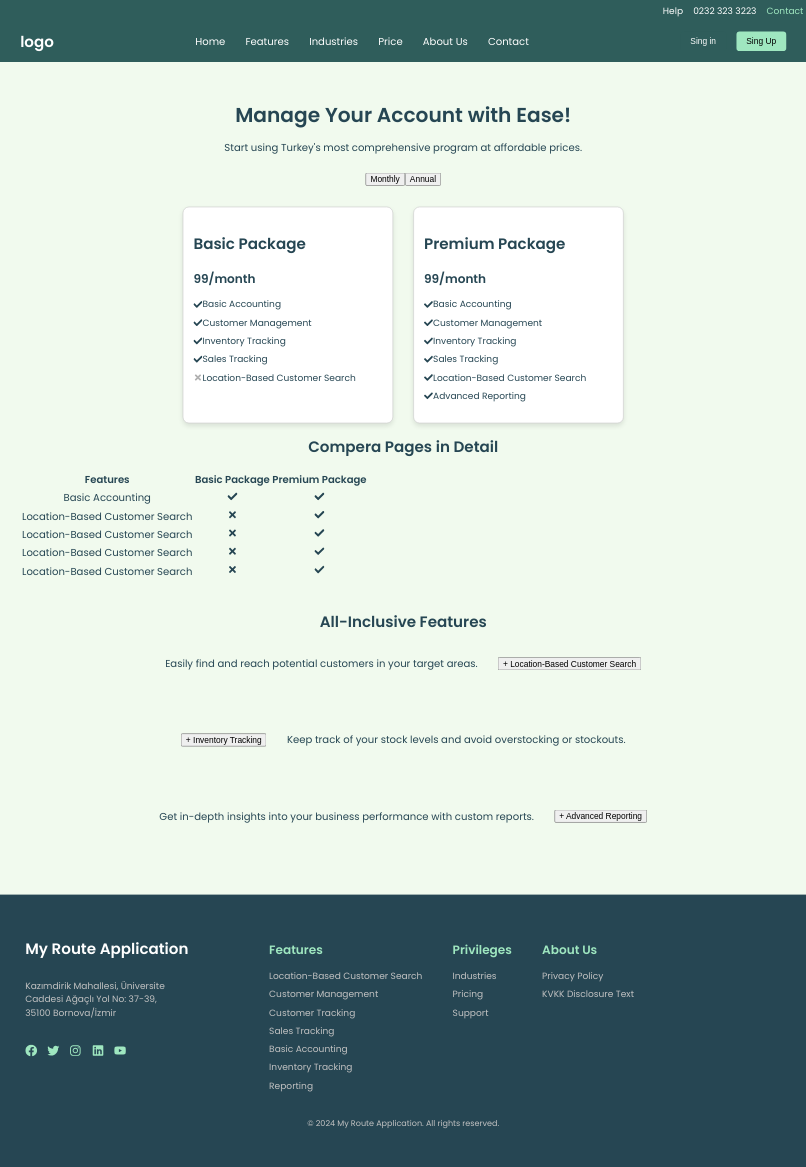
Repository: senolinanyasar/myrouteapplication
Page: /pricing
An editor plug-in stored every save of this project. The page is shown before and after the next save, followed by the edit.
The browser window is 1280 px wide. The pictures show the whole page, at 63% of full size.
The project was rebuilt for these pictures with package versions that can differ from the ones it lists, and the page was loaded fresh each time. Also part of the build but not shown: vite.config.js, src/components/HeroSection.css, src/components/HeroSection.js, src/components/FeaturesSection.js, src/components/PricingSection.css, src/components/PricingSection.js, src/components/SupportSection.css, src/components/SupportSection.js and 3 more.

Above is the page before, as saved 2024-11-15 21:03:40.

### src/index.css
@import url('https://fonts.googleapis.com/css2?family=Poppins:wght@400;600&display=swap');

body {
  font-family: 'Poppins', sans-serif;
  color: #264653;
  background-color: #f1faee;
  margin: 0;
  padding: 0;
  box-sizing: border-box;
}

code {
  font-family: source-code-pro, Menlo, Monaco, Consolas, 'Courier New',
    monospace;
}

### src/App.js
import React from 'react';
import { BrowserRouter as Router, Route, Routes } from 'react-router-dom';
import Header from './components/Header';
import HomePage from './components/HomePage';
import PricingPage from './components/PricingPage';
import TopBar from './components/TopBar';
import Footer from './components/Footer';


function App() {
  return (
    <Router>
      <TopBar/>
      <Header />
      <Routes>
        <Route path='/' element={<HomePage />} />
        <Route path='/pricing' element={<PricingPage />} />

      </Routes>
      <Footer/>
    </Router>

  );
}

export default App;

### src/components/Header.js
// Header.js
import React from 'react';
import './Header.css';
import { Link } from 'react-router-dom';

const Header = () => {
    return (
        <header className="header">
            <div className="header-logo">logo</div>
            <nav className="header-nav">

                    <Link to="/">Home</Link>
                    <Link to="/features">Features</Link>
                    <Link to="/industries">Industries</Link>
                    <Link to="/pricing">Price</Link>
                    <Link to="/aboutus">About Us</Link>
                    <Link to="/contact">Contact</Link>



            </nav>
            <div className="header-buttons">
                <button className="login-button">Sing in</button>
                <button className="register-button">Sing Up</button>
            </div>
        </header>
    );
};


export default Header;

### src/components/PricingPage.js
// PricingPage.js

import React, { useState } from "react";
import './PricingPage.css';
import { FaCheck, FaTimes } from "react-icons/fa";


const PricingPage = () => {
    const [isAnnual, setIsAnnual] = useState(false);


    return (
        <section className="pricing-page">
            <div className="pricing-header">
                <h1>Manage Your Account with Ease!</h1>
                <p>Start using Turkey's most comprehensive program at affordable prices.</p>
                <div className="toggle-button">
                    <button onClick={() => setIsAnnual(false)} className={!isAnnual ? 'active' : ''}>Monthly</button>
                    <button onClick={() => setIsAnnual(true)} className={isAnnual ? 'active' : ''}>Annual</button>
                </div>
            </div>

            <div className="price-plans">
                <div className="plan basic">
                    <h3>Basic Package</h3>
                    <p className="price">{isAnnual ? ' 999/year' : '99/month'}</p>
                    <ul>
                        <li><FaCheck /> Basic Accounting</li>
                        <li><FaCheck /> Customer Management</li>
                        <li><FaCheck /> Inventory Tracking</li>
                        <li><FaCheck /> Sales Tracking</li>
                        <li><FaTimes className="not-included" />Location-Based Customer Search</li>
                    </ul>
                </div>
                <div className="plan basic">
                    <h3>Premium Package</h3>
                    <p className="price">{isAnnual ? '2,799/year' : '99/month'}</p>
                    <ul>
                        <li><FaCheck /> Basic Accounting</li>
                        <li><FaCheck /> Customer Management</li>
                        <li><FaCheck /> Inventory Tracking</li>
                        <li><FaCheck /> Sales Tracking</li>
                        <li><FaCheck /> Location-Based Customer Search</li>
                        <li><FaCheck /> Advanced Reporting</li>
                    </ul>
                </div>
            </div>

            <div className="comparison-table">
                <h2>Compera Pages in Detail</h2>
                <table>
                    <thead>
                        <tr>
                            <th>Features</th>
                            <th>Basic Package</th>
                            <th>Premium Package</th>
                        </tr>
                    </thead>
                    <tbody>
                        <tr>
                            <td>Basic Accounting</td>
                            <td><FaCheck /></td>
                            <td><FaCheck /></td>
                        </tr>
                        <tr>
                            <td>Location-Based Customer Search</td>
                            <td><FaTimes className="not-included"/></td>
                            <td><FaCheck /></td>
                        </tr>
                        <tr>
                            <td>Location-Based Customer Search</td>
                            <td><FaTimes className="not-included"/></td>
                            <td><FaCheck /></td>
                        </tr>
                        <tr>
                            <td>Location-Based Customer Search</td>
                            <td><FaTimes className="not-included"/></td>
                            <td><FaCheck /></td>
                        </tr>
                        <tr>
                            <td>Location-Based Customer Search</td>
                            <td><FaTimes className="not-included"/></td>
                            <td><FaCheck /></td>
                        </tr>
                    </tbody>
                </table>
            </div>

            <div className="features-expand">
                <h2> All-Inclusive Features</h2>
                <div className="feature">
                    <button className="feature-toggle">+ Location-Based Customer Search</button>
                    <p className="feature-description">Easily find and reach potential customers in your target areas.</p>
                </div>
                <div className="feature">
                    <button className="feature-toggle">+  Inventory Tracking</button>
                    <p className="feature-description">Keep track of your stock levels and avoid overstocking or stockouts.</p>
                </div>
                <div className="feature">
                    <button className="feature-toggle">+ Advanced Reporting</button>
                    <p className="feature-description">Get in-depth insights into your business performance with custom reports.</p>
                </div>
            </div>
        </section>
    );

};

export default PricingPage;

### src/components/TopBar.js
// TopBar.js
import React from 'react';
import './TopBar.css';

const TopBar = () => {
    return (
        <div className="top-bar">
            <div className="top-bar-content">
                <span>Help</span>
                <span>0232 323 3223</span>
                <a href="#contact">Contact</a>
            </div>
        </div>
    );
};

export default TopBar;

### src/components/Footer.js
// Footer.js

import React from 'react';
import './Footer.css';
import { FaFacebook, FaInstagram, FaLinkedin, FaTwitter, FaYoutube } from 'react-icons/fa';

const Footer = () => {
    return (
        <footer className="footer">
            <div className='footer-content'>
                <div className='footer-left'>
                    <div className='footer-logo'>
                        <h2>My Route Application</h2>
                    </div>
                    <p>Kazımdirik Mahallesi, Üniversite <br />Caddesi Ağaçlı Yol No: 37-39, <br />35100 Bornova/İzmir</p>
                    <div className='social-icons'>
                        <FaFacebook />
                        <FaTwitter />
                        <FaInstagram />
                        <FaLinkedin />
                        <FaYoutube />
                    </div>
                </div>

                <div className="footer-right">
                <br/><br/><br/><br/>
                    <div className='footer-section'>
                        <h4>Features</h4>
                        <ul>
                            <li>Location-Based Customer Search</li>
                            <li>Customer Management</li>
                            <li>Customer Tracking</li>
                            <li>Sales Tracking</li>
                            <li>Basic Accounting</li>
                            <li>Inventory Tracking</li>
                            <li>Reporting</li>
                        </ul>
                    </div>

                    <div className="footer-section">
                        <h4>Privileges</h4>
                        <ul>
                            <li>Industries</li>
                            <li>Pricing</li>
                            <li>Support</li>
                        </ul>
                    </div>

                    <div className="footer-section">
                        <h4>About Us</h4>
                        <ul>
                            <li>Privacy Policy</li>
                            <li>KVKK Disclosure Text</li>
                        </ul>
                    </div>
                </div>
            </div>

            <div className="footer-bottom">
                <p>&copy; 2024 My Route Application. All rights reserved.</p>
            </div>
        </footer>
    );
};

export default Footer;

### src/components/Header.css
/* Header.css */
.header{
    display: flex;
    justify-content: space-between;
    align-items: center;
    padding: 1rem 2rem;
    background-color: #2f5d5b;
    color: white;
    margin-top: 2rem;
    position: sticky;
    top: 2rem;
    z-index: 999;
}


.header-logo {
    font-size: 1.5rem;
    font-weight: bold;
}
.header-nav a{
    margin: 0 1rem;
    color: white;
    text-decoration: none;
}
.header-nav a:hover {
    color: #e9c46a;
  }

.header-buttons button{
    margin-left: 1rem;
    padding: 0.5rem 1rem;
    border: none;
    border-radius: 5px;
}

.login-button{
    background-color: #2f5d5b;
    color: white;
}

.register-button{
    background-color: #9fe7c0;
    color: black;
}

### src/components/PricingPage.css
/* PricingPage.css */

.pricing-page{
    padding: 2rem;
    text-align: center;
}

.pricing-header h1{
    font-size: 2rem;
    margin-bottom: 0.5rem;
}

.pricing-header p{
    margin-bottom: 1.5rem;
}

.toggle-buttons button{
    padding: 0.5rem 1rem;
    margin: 0 0.5rem;
    cursor: pointer;
    border: none;
    border-radius: 5px;
    background-color: #e0f7e7;
    transition: background-color 0.3s;
}
.toggle-buttons .active{
    background-color: #2a9d8f;
    color: white;
}

.price-plans{
    display: flex;
    justify-content: center;
    gap: 2rem;
    margin-top: 2rem;
}

.plan {
    border: 1px solid #ccc;
    border-radius: 10px;
    padding: 1rem;
    width: 300px;
    text-align: left;
    background-color: #ffffff;
    box-shadow: 0px 4px 8px rgba(0, 0, 0, 0.1);
}

.plan h3{
    font-size: 1.5rem;
}

.plan .price{
    font-size: 1.2rem;
    font-weight: bold;
    margin: 1rem 0;
}

.plan ul{
    list-style: none;
    padding: 0;
}

.plan li{
    display: flex;
    align-items: center;
    font-size: 0.9rem;
    margin: 0.5rem 0;
}

.plan .not-included{
    color: #b0b0b0;
}

.comprasion-table{
    margin-top: 3rem;
}

.comprasion-table table{
    width: 100%;
    border-collapse: collapse;
}

.comprasion-table th,
.comprasion-table td{
    padding: 1rem;
    border: 1px solid #ccc
}

.comprasion-table th{
    background-color: #f2f2f2;
}

.comprasion-table td{
    text-align: center;
}

.features-expand{
    margin-top: 3rem;
}

.feture{
    margin-top: 1rem;
}


.feture-toggle{
    background: none;
    border: none;
    font-size: 1rem;
    font-weight: bold;
    color: #2a9d8f;
    cursor: pointer;
    display: block;
    text-align: left;
    padding: 0.5rem;
}

.feture-description{
    display: none;
    color: #6d6d6d;
    font-size: 0.9rem;
    margin-top: 0.5rem;
}

.feture-toggle:focus + .feture-description,
.feture-toggle:hover + .feture-description{
    display: block;
}

### src/components/TopBar.css
/* TopBar.css */

.top-bar {
    background-color: #2f5d5b;
    color: white;
    padding: 0.5rem;
    font-size: 0.9rem;
    display: flex;
    justify-content: center;
    position: fixed;
    top: 0;
    width: 99%;
    z-index: 1000;
}
.top-bar-content {
    display: flex;
    gap: 1rem;
    align-items: center;
    justify-content: flex-end;
    width: 100%;
}

.top-bar-content span{
    color: #ffffff;
}
.top-bar-content a{
    color: #9fe7c0;
    text-decoration: none;
    transition: color 0.3s;
}

.top-bar-content a:hover{
    color: #c3f2d0;
}

### src/components/Footer.css
/* Footer.css */

.footer {
    background-color: #264653;
    color: #ffffff;
    padding: 3rem 2rem;
}
.footer-content{
    display: flex;
    max-width: 1200px;
    justify-content: space-around;
    margin: 0 auto;
}

.footerleft{
    flex: 1;
    max-width: 300px;
}

.footer-logo h2{
    font-size: 1.5rem;
    color: #ffffff;
    margin-bottom: 2rem;
}


.footer-left p{
    color: #c3c3c3;
    font-size: 0.9rem;
    margin-bottom: 2.5rem;
}

.social-icons{
    display: flex;
    gap: 1rem;
    font-size: 1.2rem;
}


.social-icons svg{
    color: #9fe7c0;
    cursor: pointer;
    transition: color 0.3s ease;
}
.social-icons svg:hover {
    color: #c3f2d0;
}

.footer-right{
    display: flex;
    gap: 3rem;
    flex: 2;
    margin-left: 5rem;
}

.footer-section{
    text-align: left;
}
.footer-section h4{
    font-size: 1.2rem;
    color: #9fe7c0;
    margin-bottom: 1rem;
}
.footer-section ul{
    list-style: none;
    padding: 0;
    margin: 0;

}

.footer-section ul li{
    font-size: 0.9rem;
    margin-bottom: 0.5rem;
    color: #c3c3c3;
    cursor: pointer;
    transition: color 0.3s ease;
}

.footer-sectionul li:hover{
    color: #ffffff;
}

.footer-bottom{
    text-align: center;
    font-size: 0.8rem;
    color: #c3c3c3;
    margin-top: 2rem;
}

### src/components/FeaturesSection.css
/* FeaturesSection.css */
.features-section {
    padding: 4rem 2rem;
    text-align: center;
}

.features-title {
    font-size: 2rem;
    font-weight: 600;
    color: #264653;
    margin-bottom: 3rem;
    line-height: 1.2;
}



.feature {
    display: flex;
    align-items: center;
    justify-content: center;
    gap: 2rem;
    margin-bottom: 4rem;
    flex-direction: row;
}

.feature:nth-child(even) {
    flex-direction: row-reverse;
}

.feature-text {
    flex: 1;
    max-width: 500px;
    text-align: left;
}

.features h3 {
    font-size: 1.8rem;
    font-weight: 600;
    color: #264653;
    margin-bottom: 1rem;
}

.feature-text p {
    font-size: 1.1rem;
    color: #6d6d6d;
    margin-bottom: 1.5rem;
}

.cta-button {
    padding: 0.8rem 1.5rem;
    font-size: 1rem;
    color: #2f5d5b;
    background-color: #9fe7c0;
    border: none;
    border-radius: 5px;
    cursor: pointer;
    transition: background-color 0.3s ease;
    text-align: center;
}

.cta-button:hover {
    background-color: #c3f2d0;
}

.feature-image {
    flex: 1;
    max-width: 400px;
    height: auto;
}

.feature-image img {
    width: 100%;
    height: auto;
    object-fit: cover;
    border-radius: 10px;
}

Loaded but not shown: public/index.html (common file); src/index.js (common file); src/reportWebVitals.js (common file)

After the next save:
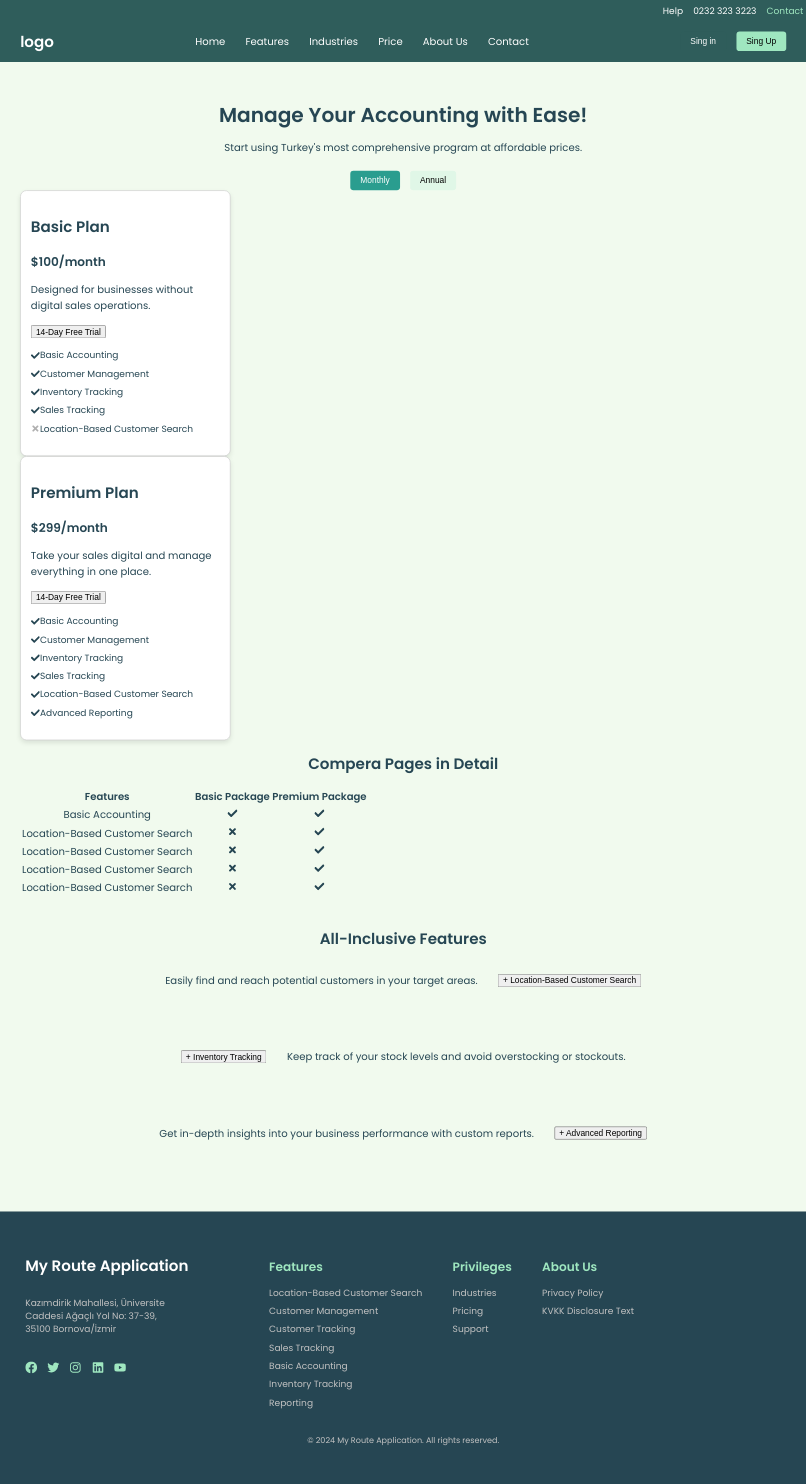
Saved 23 h 43 min later.
--- a/src/components/PricingPage.js
+++ b/src/components/PricingPage.js
@@ -8,22 +8,36 @@ import { FaCheck, FaTimes } from "react-icons/fa";
 const PricingPage = () => {
     const [isAnnual, setIsAnnual] = useState(false);
 
-
     return (
         <section className="pricing-page">
             <div className="pricing-header">
-                <h1>Manage Your Account with Ease!</h1>
+                <h1>Manage Your Accounting with Ease!</h1>
                 <p>Start using Turkey's most comprehensive program at affordable prices.</p>
-                <div className="toggle-button">
-                    <button onClick={() => setIsAnnual(false)} className={!isAnnual ? 'active' : ''}>Monthly</button>
-                    <button onClick={() => setIsAnnual(true)} className={isAnnual ? 'active' : ''}>Annual</button>
+                <div className="toggle-buttons">
+                    <button
+                        className={`toggle-btn ${!isAnnual ? "active" : ""}`}
+                        onClick={() => setIsAnnual(false)}
+                    >
+                        Monthly
+                    </button>
+                    <button
+                        className={`toggle-btn ${isAnnual ? "active" : ""}`}
+                        onClick={() => setIsAnnual(true)}
+                    >
+                        Annual
+                    </button>
                 </div>
             </div>
-
-            <div className="price-plans">
-                <div className="plan basic">
-                    <h3>Basic Package</h3>
-                    <p className="price">{isAnnual ? ' 999/year' : '99/month'}</p>
+            <div className="pricing-plans">
+                <div className="plan basic-plan">
+                    <h3>Basic Plan</h3>
+                    <p className="price">
+                        {isAnnual ? "$1,000/year" : "$100/month"}
+                    </p>
+                    <p className="subtext">
+                        Designed for businesses without digital sales operations.
+                    </p>
+                    <button className="try-button">14-Day Free Trial</button>
                     <ul>
                         <li><FaCheck /> Basic Accounting</li>
                         <li><FaCheck /> Customer Management</li>
@@ -32,9 +46,16 @@ const PricingPage = () => {
                         <li><FaTimes className="not-included" />Location-Based Customer Search</li>
                     </ul>
                 </div>
-                <div className="plan basic">
-                    <h3>Premium Package</h3>
-                    <p className="price">{isAnnual ? '2,799/year' : '99/month'}</p>
+                <div className="plan premium-plan">
+                    <h3>Premium Plan</h3>
+                    <p className="price">
+                        {isAnnual ? "$3,000/year" : "$299/month"}
+                    </p>
+                    <p className="subtext">
+                        Take your sales digital and manage everything in one place.
+                    </p>
+                    <button className="try-button">14-Day Free Trial</button>
+
                     <ul>
                         <li><FaCheck /> Basic Accounting</li>
                         <li><FaCheck /> Customer Management</li>
@@ -45,6 +66,7 @@ const PricingPage = () => {
                     </ul>
                 </div>
             </div>
+
 
             <div className="comparison-table">
                 <h2>Compera Pages in Detail</h2>
@@ -64,22 +86,22 @@ const PricingPage = () => {
                         </tr>
                         <tr>
                             <td>Location-Based Customer Search</td>
-                            <td><FaTimes className="not-included"/></td>
+                            <td><FaTimes className="not-included" /></td>
                             <td><FaCheck /></td>
                         </tr>
                         <tr>
                             <td>Location-Based Customer Search</td>
-                            <td><FaTimes className="not-included"/></td>
+                            <td><FaTimes className="not-included" /></td>
                             <td><FaCheck /></td>
                         </tr>
                         <tr>
                             <td>Location-Based Customer Search</td>
-                            <td><FaTimes className="not-included"/></td>
+                            <td><FaTimes className="not-included" /></td>
                             <td><FaCheck /></td>
                         </tr>
                         <tr>
                             <td>Location-Based Customer Search</td>
-                            <td><FaTimes className="not-included"/></td>
+                            <td><FaTimes className="not-included" /></td>
                             <td><FaCheck /></td>
                         </tr>
                     </tbody>
